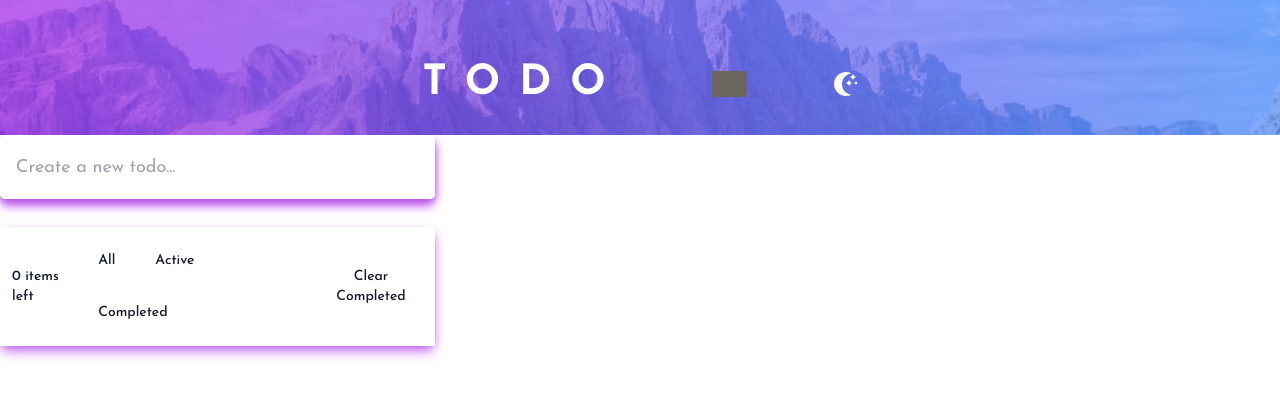
Repository: ikram-lisa/todo-list
Page: /
The author's editor kept a copy of each file at every save. The page is drawn from the files as they stood at one save, then again after the next save.
The browser window is 1280 px wide. The pictures show the whole page.
Pictures or frames that could not be fetched are drawn as grey boxes. The project was rebuilt for these pictures with package versions that can differ from the ones it lists, and the page was loaded fresh each time. Also part of the build but not shown: vite.config.js.

Above is the page before, as saved 2024-05-15 09:14:49.

After the next save:
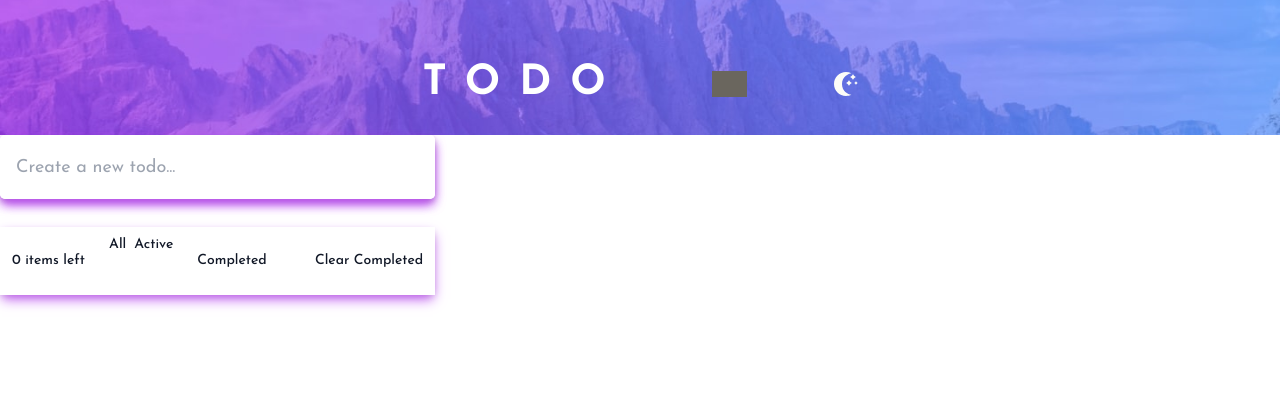
Saved 2 min 36 s later.
--- a/src/components/TabBar.jsx
+++ b/src/components/TabBar.jsx
@@ -2,7 +2,7 @@ const Tab = () => {
   return (
     <>
       <ul
-        className="flex flex-wrap -mb-px text-sm font-medium text-center"
+        className="flex flex-wrap  text-sm font-medium text-center"
         id="default-styled-tab"
         data-tabs-toggle="#default-styled-tab-content"
         data-tabs-active-classes="text-purple-600 hover:text-purple-600 dark:text-purple-500 dark:hover:text-purple-500 border-purple-600 dark:border-purple-500"
@@ -11,7 +11,7 @@ const Tab = () => {
       >
         <li className="me-2" role="presentation">
           <button
-            className="inline-block p-4 "
+            className="inline-block hover:text-gray-600 hover:border-gray-300"
             id="profile-styled-tab"
             data-tabs-target="#styled-profile"
             type="button"
@@ -24,7 +24,7 @@ const Tab = () => {
         </li>
         <li className="me-2" role="presentation">
           <button
-            className="inline-block p-4   hover:text-gray-600 hover:border-gray-300 dark:hover:text-gray-300"
+            className="inline-block   hover:text-gray-600 hover:border-gray-300 dark:hover:text-gray-300"
             id="dashboard-styled-tab"
             data-tabs-target="#styled-dashboard"
             type="button"
